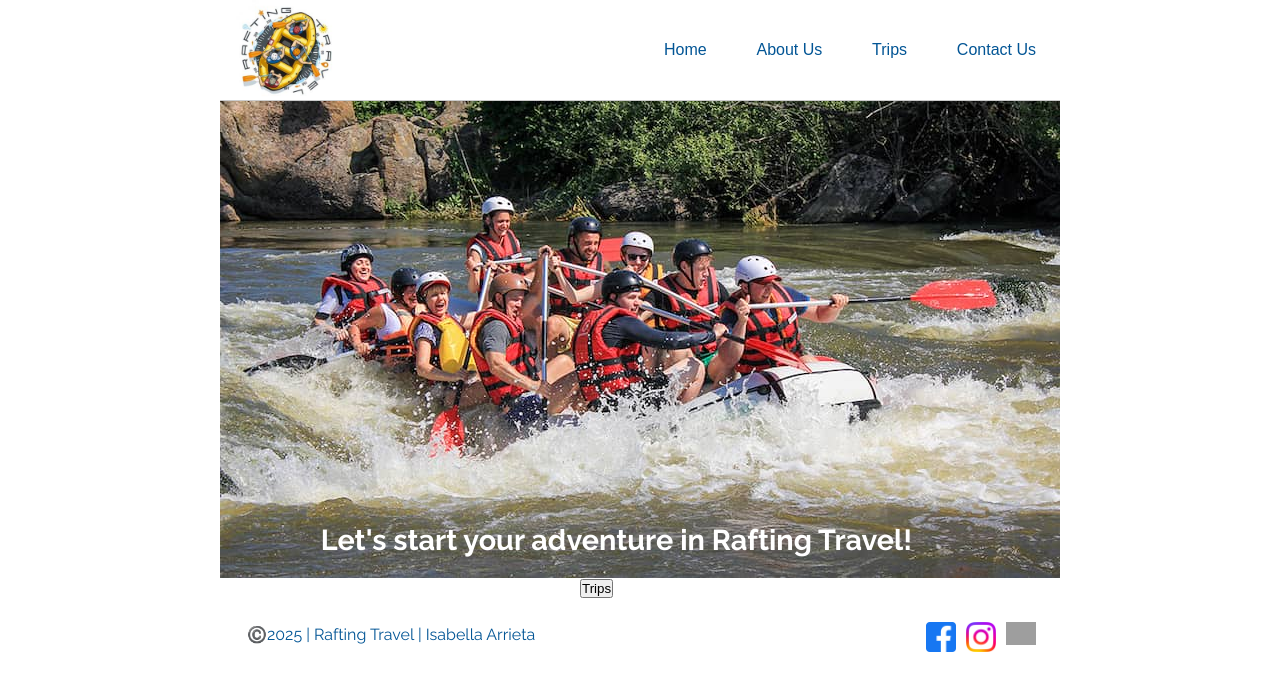
Repository: isaAJ05/wdd130
Page: wwr/index.html
The author's editor kept a copy of each file at every save. The page is drawn from the files as they stood at one save, then again after a run of saves.
The browser window is 1280 px wide. The pictures show the whole page.
Pictures or frames that could not be fetched are drawn as grey boxes. Some web fonts or font styles are not loaded; a fallback is used.

Above is the page before, as saved 2025-06-16 20:19:04.

### wwr/index.html
<!DOCTYPE html>
<html lang="en">
<head>
    <meta charset="UTF-8">
    <meta name="viewport" content="width=device-width, initial-scale=1.0">
    <title>Home-Rafting Travel</title>
    <meta name="description" content="Main page: Rafting Travel">
    <meta name="author" content="Isabella Arrieta">
    <link rel="stylesheet" href="styles/rafting.css">
    <link rel="preconnect" href="https://fonts.googleapis.com">
    <link rel="preconnect" href="https://fonts.gstatic.com" crossorigin>
    <link href="https://fonts.googleapis.com/css2?family=Play:wght@400;700&family=Raleway:ital,wght@0,100..900;1,100..900&display=swap" rel="stylesheet">
</head>
<body>
    <header>
        <img src ="images/z-raftingcompas.jpg" alt="Rafting Company Logo">
    <nav>
        <a href="index.html">Home</a>
        <a href="about.html">About Us</a>
        <a href="trips.html">Trips</a>
        <a href="contact.html">Contact Us</a>
    </nav>
    </header>
    <main>
        <div class="hero">
            <img src="images/rafting10_1024.jpg" alt="Rafting">
            <h1>Let's start your adventure in Rafting Travel!</h1>
            <div class="send">
            <button type="submit">Trips</button>
            </div>
        </div>
        </main>
    <footer>
        <p>©️2025 | Rafting Travel | Isabella Arrieta</p>
        <nav class="socialmedia">
            <a href="https://www.facebook.com/">
                <img src="images/facebook.webp" alt="Facebook" width="30">
            </a>
            <a href="https://www.instagram.com/">
                <img src="images/instagram.webp" alt="Instagram" width="30">
            </a>
            <a href="https://x.com/home">
                <img src="images/x.webp" alt="X" width="30">
            </a>
        </nav>
    </footer>
</body>
</html>

### wwr/styles/rafting.css
:root {
    --primary-color: #FC9F1C;
    --secondary-color: #FFE77C;
    --accent1-color: #025595;
    --accent2-color: #A6DEF6;
    --heading-font: "Play", sans-serif;
    --body-font: "Raleway", sans-serif;
}

header {
    margin: 1rem auto;
    background-color: #fff;
    color: var(--secondary-color);
    display: grid;
	grid-template-columns: 1fr 1fr;
    align-items: center;
    border-bottom: 1px solid #ccc;

}
header img {
    width: 100px;
    height: auto;
    margin-left: 16px;
}
*{
    margin: 0;
    padding: 0;
    box-sizing: border-box;
}
body {
    font-family: var(--body-font);
    color: var(--accent1-color);
}
 header, main, footer {
    width: 840px;
    margin: 0 auto;
}
h1, h2{
    font-family: var(--heading-font);
    color: var(--accent1-color);
}
p, section, article{
    margin: 16px;
    padding: 8px;
}
.History {
    display: grid;
	grid-template-columns: 1fr 1fr 1fr;
    align-items: center;
    grid-gap: 1px;
}
.History h2{
    grid-column: 1/4;
    text-align: center;

}
.History img{
    width: 100%;
    height: auto;
}
.Adventure {
    display: grid;
    grid-template-columns: 1fr 1fr 1fr 1fr 1fr;
    align-items: center;
    grid-gap: 15px;
}
.Adventure h2{
    grid-column: 1/6;
    text-align: center;
}
.Adventure img{
    width: 100%;
    height: auto;
}
figcaption {
    text-align: center;
}
nav {
    margin: 16px;
    padding: 8px;
    display: flex;
    justify-content: space-between;
	flex: 1 1 auto;

}
nav a {
    text-decoration: none;
    font-family: var(--heading-font);
    color: var(--accent1-color);
}
nav a:hover {
    color: var(--primary-color);
    text-decoration: underline;
}

.socialmedia a{
    text-decoration: none;
}
.socialmedia {
    justify-content: right;
    gap: 10px;
}

.herodiv{
    position: relative;
    margin: 1em auto;

}

.herodiv img{
    display: block;
    width: 100%;
    height: auto;
}

.herodiv h1{
    position: absolute;
    top: 20px;
    width: 100%;
    padding: 16px;
    text-align: center;
    opacity: 0.9;
    background-color: var(--accent1-color);
    color: #ffffff;

}

.herodiv article{
    position: absolute;
    top: 150px;
    left: 5px;
    width: 800px;
    opacity: 0.9;
    background-color: var(--accent1-color);
    color: #ffffff;
}
.herodiv article img{
    float: right;
    width: 230px;
    padding: 8px;
}
footer {
    display: flex;

}
footer p {
    margin: 19px;
    padding: 8px;

}
.rectangle-3 {
	width: 840px;
	height: 159px;
	padding: 8px 8px 8px 8px;
	background:var(--accent1-color);
    margin: 0 auto;
    display: flex;
    flex-direction: column;
    align-items: center;
    justify-content: center;
	border-radius: 3px 3px 3px 3px;

}
.rectangle-3 .header-3 {
    width: 463px;
	height: 36px;
	color: #FFFFFF;
	font-family: var(--heading-font);
	font-weight: 700;
	font-size: 30px;
	line-height: 1.2;
	text-align: center;
}
.we-love-questions-and-feedback-and-we-re-always- {
	width: 418px;
	height: 44px;
	color: #FFFFFF;
	font-family: var(--body-font);
	font-weight: 400;
	font-size: 13px;
	line-height: 1.4;
	text-align: center;
}
.rectangle-4 {
	width: 840px;
	height: 348px;
	background: #FFFFFF;
	border-radius: 3px 3px 3px 3px;
    display: flex;
    align-items: flex-start;
}
.column-text{
    flex:1;
    padding: 20px;
    align-items: center;
}
.column-text .block{
    flex:1;
}

.column-map {
    flex: 1;
    text-align: right;;
}

.column-map iframe {
	max-width: 463px;
	height: 348px;
	background: #00000000;

}


.header-14 {
	width: 223px;
	color: var(--accent1-color);
	font-family: var(--body-font);
	font-weight: 700;
	font-size: 24px;
	line-height: 1.2;
    text-align: left;
    margin-top: 34px;
}
.jackson-wyoming-ee-uu- {

    margin-top: 35px;
	color: var(--accent1-color);
	font-family: var(--body-font);
	font-weight: 600;
	font-size: 16px;
	line-height: 1.1;
	text-align: left;
    padding-left: 6px;
}


.address-phone-and-email {
    margin-top: 20px;
	color: var(--accent1-color);
	font-family: var(--body-font);
	font-weight: 400;
	font-size: 11px;
	line-height: 1.5;
	text-align: left;
}
.address-phone-and-email img {
	width: 18px;
	height: 18px;
}
.address-phone-and-email figure {
    display: flex;
    gap: 10px;
    margin: 0;
    margin-top: 10px;
}



.rectangle-5 {
	width: 840px;
	height: 240px;
    padding: 20px 20px 20px 20px;
	background: var(--accent1-color);
	border-radius: 3px 3px 3px 3px;
    display: grid;
    grid-template-columns: 1fr 1fr 1fr;
    align-items: center;
    justify-items: center;
}
.rectangle-5 img {
	width: 120px;
	height: 135px;
	background: #00000000;
}

.rectangle-5 figcaption {
	width: 111px;
	height: 15px;
	color: #FFFFFF;
	font-family: var(--body-font);
	font-weight: 500;
	font-size: 14px;
	line-height: 1.1;
	text-align: center;
}

.header-16 {
	width: 223px;
	height: 48px;
	color: #FFFFFF;
	font-family: var(--heading-font);
	font-weight: 700;
	font-size: 24px;
	line-height: 1.2;
	text-align: center;
    grid-column: 1/4;
    margin: 0 auto;
}

.rectangle-6 {
	width: 840px;
	height: 551px;
	padding: 8px 8px 8px 8px;
	background: #EDF0F4;
	border-radius: 3px 3px 3px 3px;
}
.rectangle-6 h2{
    margin-top: 48px;
	color: #3B4754;
	font-family: var(--heading-font);
	font-weight: 700;
	font-size: 24px;
	line-height: 1.2;
	text-align: center;
}

.rectangle-6 p {
	color: #4f6278;
	font-family: var(--body-font);
	font-weight: 400;
	font-size: 13px;
	line-height: 1.5;
	text-align: center;
}

.rectangle-6 .row {
    display: flex;
    gap: 20px;
    align-items: center;
    justify-content: center;
    padding-top: 16px;
    padding-bottom: 16px;

}

.rectangle-6 .form-title {
    display: flex;
    flex-direction: column;

}
.rectangle-6 .form-title label{
	width: 31px;
	height: 12px;
	color: #3B4754;
	font-family: var(--body-font);
	font-weight: 700;
	font-size: 11px;
	line-height: 1.1;
	text-align: left;
}
.rectangle-6 .form-title input{
	width: 225px;
	height: 28px;
	background: #FFFFFF;
	color: #9FAFC1;
	border-color: #C9D3DD;
	border-width: 2px;
	border-style: solid;
	border-radius: 4px 4px 4px 4px;
	font-family: var(--body-font);
	font-weight: 400;
	font-size: 12px;
	text-align: left;
    margin-top: 4px;
}
.rectangle-6 .title label{
	width: 31px;
	height: 12px;
	color: #3B4754;
	font-family: var(--body-font);
	font-weight: 700;
	font-size: 11px;
	line-height: 1.1;
	text-align: left;
    padding-left: 176px;
}
.radio{
    padding-left: 176px;

}

input[type="radio"]{
	background: #FFFFFF;
	border-color: #C9D3DD;
	border-width: 1.5px;
	border-style: solid;
}
.radio label {
    font-family: var(--body-font);
	font-weight: normal;
	font-size: 12px;
	text-align: left;
    color: #232323;
}
.rectangle-6 .textarea {
    display: flex;
    flex-direction: column;
    align-items: center;
    justify-content: center;
}
.rectangle-6 .textarea textarea {
    width: 469px;
	height: 99px;
	background: #FFFFFF;
	color: #000000;
	border-color: #C9D3DD;
	border-width: 2px;
	border-style: solid;
	border-radius: 4px 4px 4px 4px;
	font-family: var(--body-font);
	font-weight: 400;
	font-size: 12px;
	text-align: left;

}
.check {
    padding-left: 260px;
    padding-top: 20px;
    padding-bottom: 16px;
}
.check checkbox {
	width: 371px;
	height: 19px;
	background: #FFFFFF;
	border-color: #C9D3DD;
	border-width: 1.5px;
	border-style: solid;

}

.check label{
    font-family: var(--body-font);
	font-weight: normal;
	font-size: 12px;
	text-align: left;
	color: #4f6278;;
}
.send {
    padding-left: 360px;
}
.button {
	width: 100px;
	height: 28px;
	padding: 0px 10px 0px 10px;
	background: var(--accent1-color);
	color: #FFFFFF;
	border-color: #3B4754;
	border-width: 1px;
	border-style: solid;
	border-radius: 2px 2px 2px 2px;
	font-family: var(--body-font);
	font-weight: 700;
	font-size: 10px;
	text-align: center;

}
.rectangle-6 button:hover {
    background: var(--primary-color);
    color: #fff;
    cursor: pointer;
}
.hero {
	position: relative;
}
.hero img {
	width: 100%;
	display: block;
}
.hero h1 {
	position: absolute;
	top: 85%;
	left: 12%;
	color: white;
	font-size: 1.8rem;
	font-family: var(--body-font);
}

After the next 2 saves:
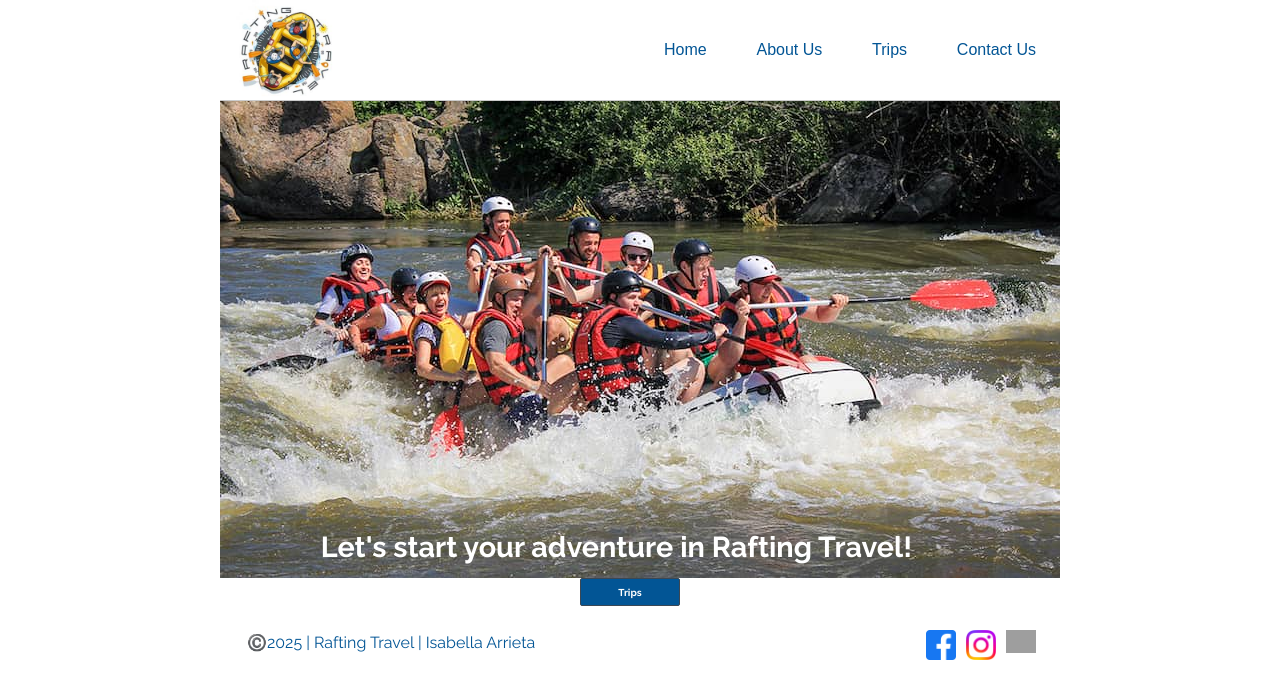
The 2 saves are shown as one change because they came seconds apart.
The last was saved 13 s later.
--- a/wwr/styles/rafting.css
+++ b/wwr/styles/rafting.css
@@ -438,7 +438,7 @@ input[type="radio"]{
 .send {
     padding-left: 360px;
 }
-.button {
+.send button {
 	width: 100px;
 	height: 28px;
 	padding: 0px 10px 0px 10px;
